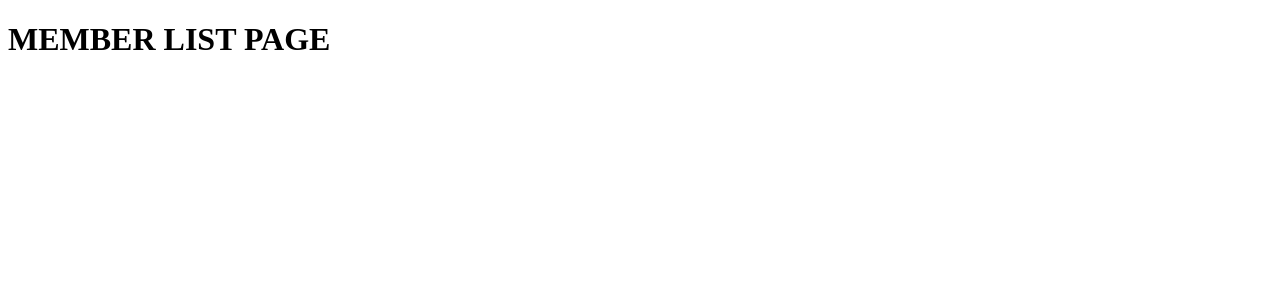
Repository: v-honey-b/Project02_BasicWebPage
Page: http://localhost/_jsp3_project/member/memberlist.jsp
These files come from the project's save history. The page is drawn as it stood at one moment and after the next save; the edit follows.
The browser window is 1280 px wide. The pictures show the whole page.
The page is served by Tomcat 9.

Above is the page before, as saved 2022-08-26 08:02:36.

After the next save:
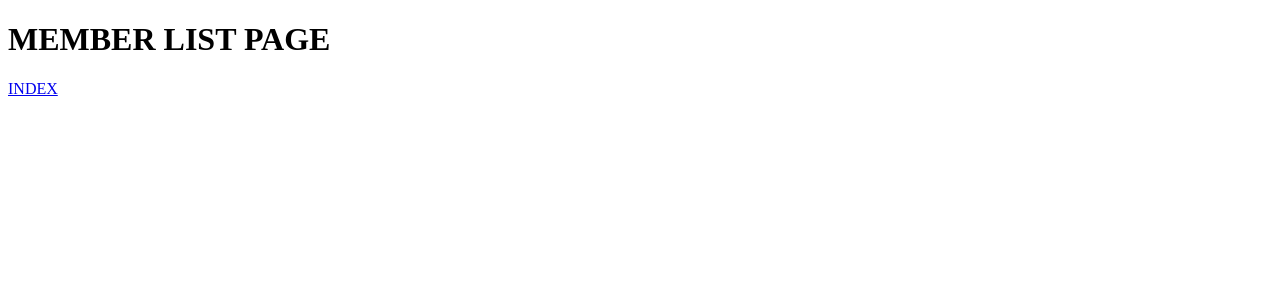
Saved 4 min 8 s later.
--- a/_jsp3_project/src/main/webapp/member/memberlist.jsp
+++ b/_jsp3_project/src/main/webapp/member/memberlist.jsp
@@ -9,6 +9,7 @@
 </head>
 <body>
 	<h1>MEMBER LIST PAGE</h1>
+	<a href="/index.jsp">INDEX</a>
 	<c:forEach items="${memberlist }" var="mvo">
 		<div>
 			<p>
